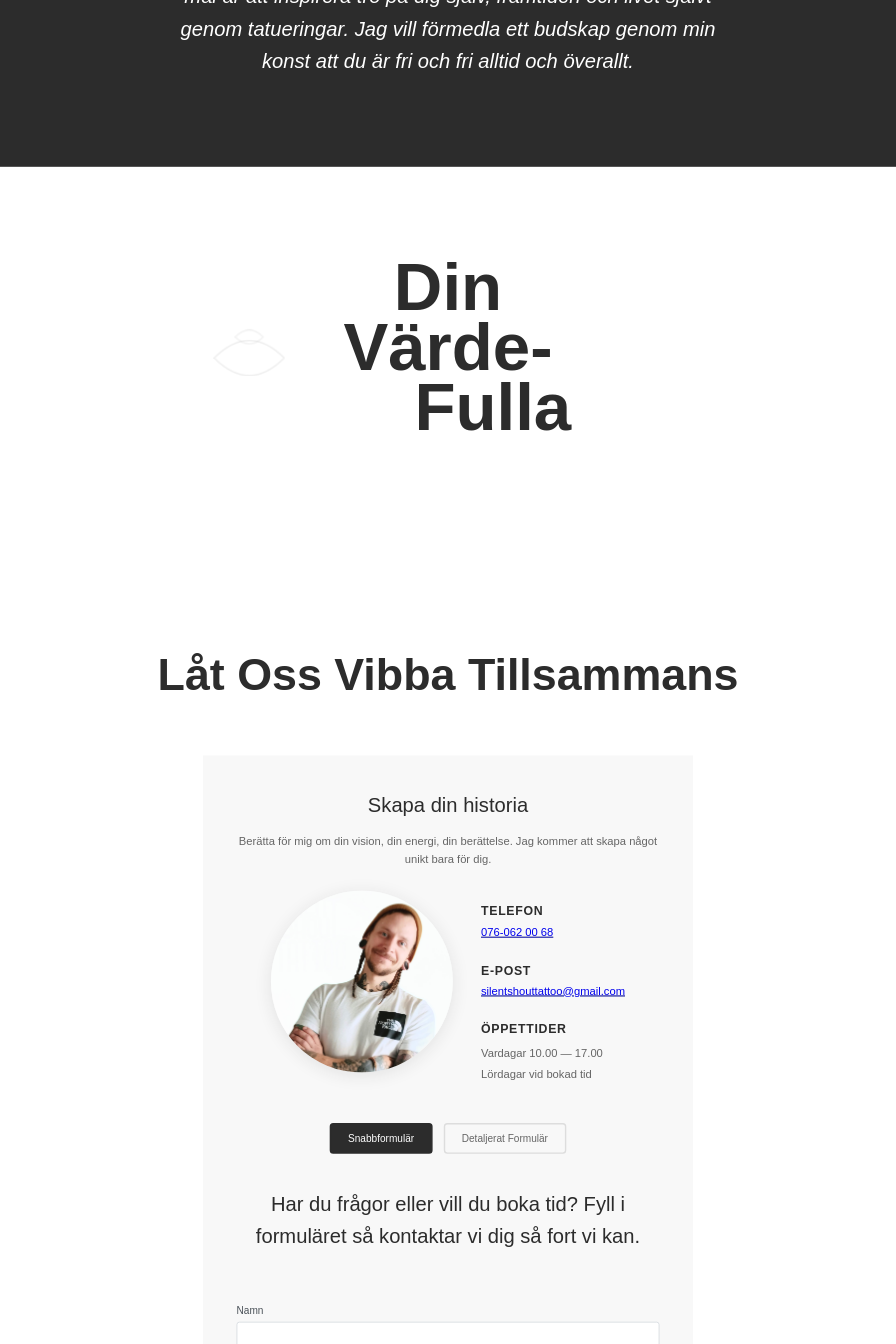
Repository: public-websites/silentshouttattoose
Page: index.html
The author's editor kept a copy of each file at every save. The page is drawn from the files as they stood at one save, then again after the next save.
The browser window is 1280 px wide. The pictures show the part of the page from y = 2055 to 3975 px (the page is 6166 px tall), at 70% of full size.

Above is the page before, as saved 2025-06-26 09:29:34.

### index.html
<!DOCTYPE html>
<html lang="sv">
<head>
    <meta charset="UTF-8">
    <meta name="viewport" content="width=device-width, initial-scale=1.0">
    <title>Silent Shout - Den omtänksamma studion</title>
    <link rel="stylesheet" href="styles.css">
</head>
<body>
    <header class="social-header">
        <div class="container">
            <div class="social-icons">
                <a href="https://instagram.com" target="_blank" class="social-icon" aria-label="Instagram">
                    <svg viewBox="0 0 24 24" fill="currentColor">
                        <path d="M12 2.163c3.204 0 3.584.012 4.85.07 3.252.148 4.771 1.691 4.919 4.919.058 1.265.069 1.645.069 4.849 0 3.205-.012 3.584-.069 4.849-.149 3.225-1.664 4.771-4.919 4.919-1.266.058-1.644.07-4.85.07-3.204 0-3.584-.012-4.849-.07-3.26-.149-4.771-1.699-4.919-4.92-.058-1.265-.07-1.644-.07-4.849 0-3.204.013-3.583.07-4.849.149-3.227 1.664-4.771 4.919-4.919 1.266-.057 1.645-.069 4.849-.069zm0-2.163c-3.259 0-3.667.014-4.947.072-4.358.2-6.78 2.618-6.98 6.98-.059 1.281-.073 1.689-.073 4.948 0 3.259.014 3.668.072 4.948.2 4.358 2.618 6.78 6.98 6.98 1.281.058 1.689.072 4.948.072 3.259 0 3.668-.014 4.948-.072 4.354-.2 6.782-2.618 6.979-6.98.059-1.28.073-1.689.073-4.948 0-3.259-.014-3.667-.072-4.947-.196-4.354-2.617-6.78-6.979-6.98-1.281-.059-1.69-.073-4.949-.073zm0 5.838c-3.403 0-6.162 2.759-6.162 6.162s2.759 6.163 6.162 6.163 6.162-2.759 6.162-6.163c0-3.403-2.759-6.162-6.162-6.162zm0 10.162c-2.209 0-4-1.79-4-4 0-2.209 1.791-4 4-4s4 1.791 4 4c0 2.21-1.791 4-4 4zm6.406-11.845c-.796 0-1.441.645-1.441 1.44s.645 1.44 1.441 1.44c.795 0 1.439-.645 1.439-1.44s-.644-1.44-1.439-1.44z"/>
                    </svg>
                </a>
                <a href="https://facebook.com" target="_blank" class="social-icon" aria-label="Facebook">
                    <svg viewBox="0 0 24 24" fill="currentColor">
                        <path d="M24 12.073c0-6.627-5.373-12-12-12s-12 5.373-12 12c0 5.99 4.388 10.954 10.125 11.854v-8.385H7.078v-3.47h3.047V9.43c0-3.007 1.792-4.669 4.533-4.669 1.312 0 2.686.235 2.686.235v2.953H15.83c-1.491 0-1.956.925-1.956 1.874v2.25h3.328l-.532 3.47h-2.796v8.385C19.612 23.027 24 18.062 24 12.073z"/>
                    </svg>
                </a>
                <a href="mailto:info@inksoul.se" class="social-icon" aria-label="Email">
                    <svg viewBox="0 0 24 24" fill="currentColor">
                        <path d="M20 4H4c-1.1 0-1.99.9-1.99 2L2 18c0 1.1.9 2 2 2h16c1.1 0 2-.9 2-2V6c0-1.1-.9-2-2-2zm0 4l-8 5-8-5V6l8 5 8-5v2z"/>
                    </svg>
                </a>
            </div>
        </div>
    </header>

    <section class="hero">
        <div class="container">
            <div class="hero-text">
                <p class="hero-quote">Jag känner din energi och överför den till den dyraste duken i världen –</p>
                <h1 class="studio-name">Silent<br>Shout</h1>
                <p class="studio-tagline">Tatueringsartist & konstnär</p>
                <p class="location">Baserad i Alingsås</p>
                <a href="#booking" class="cta-button">Skicka förfrågan</a>
            </div>
        </div>
    </section>

    <section class="story-section">
        <div class="container">
            <div class="story-content fade-in">
                <p class="story-text">
                    Jag älskar att arbeta med människor och skapa något från noll som kommer att finnas kvar för alltid på den mänskliga kroppen.
                    Jag gör freehand och freestyle-tatueringar – det handlar om frihet och känsla.
                </p>
                <p class="story-text">
                    Alla har sin egen speciella energi som jag läser under våra första 15 minuter när vi träffas:
                    Hur du ler, hur du pratar, hur du känner dig. Då kommer en bild i mitt huvud där jag redan kan se den framtida designen för ditt projekt.
                </p>
                <p class="story-highlight">
                    Processen för mig är alltid som om vi dansar och känner varandra, och då kommer något unikt för dig och för mig.
                </p>
            </div>
        </div>
    </section>

    <section class="large-text-section">
        <div class="container">
            <h2 class="large-text split fade-in">
                Känsligt
                <span>Käns-</span>
                <span>Ligt</span>
            </h2>
        </div>

        <!-- Animated GIF Element -->
        <div class="animated-gif">
            <img src="https://media2.giphy.com/media/v1.Y2lkPTc5MGI3NjExbzJpbTR2cWllN2oxamhwMTZ6MjFmYzZ1czZ1b2Y0cXg3MmRrZDRkbiZlcD12MV9pbnRlcm5hbF9naWZfYnlfaWQmY3Q9Zw/3ohs7UJi7uqAcquQoM/giphy.gif" alt="Animated line drawing" />
        </div>
    </section>

    <section class="philosophy-section">
        <div class="container">
            <p class="philosophy-text fade-in">
                Förtroende för artisten börjar med förtroende för världen. Mitt mål är att inspirera tro på dig själv,
                framtiden och livet självt genom tatueringar. Jag vill förmedla ett budskap genom min konst att du är fri och fri alltid och överallt.
            </p>
        </div>
    </section>

    <section class="large-text-section">
        <div class="container">
            <h2 class="large-text split fade-in">
                Din
                <span>Värde-</span>
                <span>Fulla</span>
            </h2>
        </div>

        <!-- Animated SVG Drawing Element -->
        <div class="animated-drawing">
            <svg viewBox="0 0 200 200" xmlns="http://www.w3.org/2000/svg">
                <path d="M50,100 Q100,50 150,100 Q100,150 50,100" />
                <path d="M80,70 Q100,90 120,70 Q100,50 80,70" />
                <path d="M80,130 Q100,110 120,130 Q100,150 80,130" />
                <path d="M100,80 L100,120 M80,100 L120,100" />
            </svg>
        </div>
    </section>

    <section class="booking-section" id="booking">
        <div class="container">
            <h2 class="booking-title fade-in">Låt oss vibba tillsammans</h2>
            <div class="form-container fade-in">
                <div class="form-intro">
                    <h3>Skapa din historia</h3>
                    <p>Berätta för mig om din vision, din energi, din berättelse. Jag kommer att skapa något unikt bara för dig.</p>
                </div>

                <!-- Profil och kontaktinfo sida vid sida -->
                <div class="profile-contact-row">
                    <div class="profile-image-wrapper">
                        <img src="profile.jpg" alt="Silent Shout Tattoo Artist" class="profile-image">
                    </div>
                    <div class="profile-contact-info">
                        <div class="contact-info-section">
                            <h4>Telefon</h4>
                            <p><a href="tel:0760620068">076-062 00 68</a></p>
                        </div>
                        <div class="contact-info-section">
                            <h4>E-post</h4>
                            <p><a href="mailto:silentshouttattoo@gmail.com">silentshouttattoo@gmail.com</a></p>
                        </div>
                        <div class="opening-hours">
                            <h4>Öppettider</h4>
                            <p>Vardagar 10.00 — 17.00</p>
                            <p>Lördagar vid bokad tid</p>
                        </div>
                    </div>
                </div>

                <!-- Form Toggle Buttons -->
                <div class="form-toggle">
                    <button class="toggle-btn active" data-form="custom">Snabbformulär</button>
                    <button class="toggle-btn" data-form="google">Detaljerat Formulär</button>
                </div>

                <!-- Custom Form -->
                <form class="custom-form" id="contactForm">
                    <div class="form-intro">
                        <h3>Har du frågor eller vill du boka tid? Fyll i formuläret så kontaktar vi dig så fort vi kan.</h3>
                    </div>

                    <div class="form-fields">
                        <div class="form-row">
                            <div class="form-group">
                                <label for="name">Namn</label>
                                <input type="text" id="name" name="name" required>
                            </div>

                            <div class="form-group">
                                <label for="email">E-post</label>
                                <input type="email" id="email" name="email" required>
                            </div>
                        </div>

                        <div class="form-row">
                            <div class="form-group">
                                <label for="phone">Telefon</label>
                                <input type="tel" id="phone" name="phone">
                            </div>

                            <div class="form-group">
                                <label for="message">Meddelande</label>
                                <textarea id="message" name="message" rows="4"></textarea>
                            </div>
                        </div>

                        <div class="checkbox-group">
                            <input type="checkbox" id="privacy" name="privacy" required>
                            <label for="privacy">
                                Jag accepterar <a href="#" target="_blank">Hantering av personuppgifter</a>
                            </label>
                        </div>

                        <button type="submit" class="submit-button">SKICKA</button>
                    </div>
                </form>

                <!-- Google Forms Container -->
                <div class="google-form-container" style="display: none;">
                    <div class="form-loading" id="formLoading">
                        <div class="spinner"></div>
                        <p>laddar formulär...</p>
                    </div>

                    <iframe
                        src="https://docs.google.com/forms/d/e/1FAIpQLSe5F3VtygnRylmXwHNeTswBMIdDoRpoEf7FgPYu2_uIHeA4zQ/viewform?embedded=true&vc=0&c=0&w=1&flr=0"
                        frameborder="0"
                        marginheight="0"
                        marginwidth="0"
                        onload="hideLoading()"
                        style="display: none;"
                        id="bookingForm">
                        Laddar...
                    </iframe>
                </div>
            </div>
        </div>
    </section>

    <section class="stories-section">
        <div class="container">
            <h2 class="stories-title fade-in">Sagt om Kjell</h2>

            <div class="story-card fade-in">
                <p>
                    💚"Nostalgifestivalen 2025 och där står Kjell med ett antal motiv. Hittar ett underbart motiv men är känd för att behöva flera år för att bestämma mig. Plötsligt händer det, jag gör min tatuering!
Härlig person är han, Kjell. Tusen tack för ett fint samtal under resans gång och inte minst för en fantastiskt fin tatuering. Är så nöjd!"💚
                </p>
            </div>

            <div class="story-card fade-in">
                <p>
                    💚"Kjell är en fantastiskt duktig, trevlig och professionell tatuerare. Hans kärlek till denna konstform lyser verkligen igenom.
Alltid mycket god stämning i studion, trevlig att prata med, tar väl hand om sina kunder och lyssnar och löser önskemål enkelt.
Duktig på customs och har mängder av fina flashmotiv.

Kan rekommendera alla ett besök hos Kjell, vare sig en vill ha något stort eller litet, avancerat eller enkelt."💚
                </p>
            </div>
        </div>
    </section>

    <footer class="social-footer">
        <div class="container">
            <h2 class="contact-title">Kontakt</h2>
            <div class="contact-info">
                <p><a href="mailto:silentshouttattoo@gmail.com">silentshouttattoo@gmail.com</a></p>
                <p><a href="tel:0760620068">076-062 00 68</a></p>
                <p>Norra Strömgatan 13A, Alingsås</p>
                <br>
                <p style="padding-bottom: 1.5em;"><a href="https://instagram.com" target="_blank">Följ uppdateringar på Instagram för gästplatser</a></p>
            </div>
            <div class="social-icons">
                <a href="https://instagram.com" target="_blank" class="social-icon" aria-label="Instagram">
                    <svg viewBox="0 0 24 24" fill="currentColor">
                        <path d="M12 2.163c3.204 0 3.584.012 4.85.07 3.252.148 4.771 1.691 4.919 4.919.058 1.265.069 1.645.069 4.849 0 3.205-.012 3.584-.069 4.849-.149 3.225-1.664 4.771-4.919 4.919-1.266.058-1.644.07-4.85.07-3.204 0-3.584-.012-4.849-.07-3.26-.149-4.771-1.699-4.919-4.92-.058-1.265-.07-1.644-.07-4.849 0-3.204.013-3.583.07-4.849.149-3.227 1.664-4.771 4.919-4.919 1.266-.057 1.645-.069 4.849-.069zm0-2.163c-3.259 0-3.667.014-4.947.072-4.358.2-6.78 2.618-6.98 6.98-.059 1.281-.073 1.689-.073 4.948 0 3.259.014 3.668.072 4.948.2 4.358 2.618 6.78 6.98 6.98 1.281.058 1.689.072 4.948.072 3.259 0 3.668-.014 4.948-.072 4.354-.2 6.782-2.618 6.979-6.98.059-1.28.073-1.689.073-4.948 0-3.259-.014-3.667-.072-4.947-.196-4.354-2.617-6.78-6.979-6.98-1.281-.059-1.69-.073-4.949-.073zm0 5.838c-3.403 0-6.162 2.759-6.162 6.162s2.759 6.163 6.162 6.163 6.162-2.759 6.162-6.163c0-3.403-2.759-6.162-6.162-6.162zm0 10.162c-2.209 0-4-1.79-4-4 0-2.209 1.791-4 4-4s4 1.791 4 4c0 2.21-1.791 4-4 4zm6.406-11.845c-.796 0-1.441.645-1.441 1.44s.645 1.44 1.441 1.44c.795 0 1.439-.645 1.439-1.44s-.644-1.44-1.439-1.44z"/>
                    </svg>
                </a>
                <a href="https://facebook.com" target="_blank" class="social-icon" aria-label="Facebook">
                    <svg viewBox="0 0 24 24" fill="currentColor">
                        <path d="M24 12.073c0-6.627-5.373-12-12-12s-12 5.373-12 12c0 5.99 4.388 10.954 10.125 11.854v-8.385H7.078v-3.47h3.047V9.43c0-3.007 1.792-4.669 4.533-4.669 1.312 0 2.686.235 2.686.235v2.953H15.83c-1.491 0-1.956.925-1.956 1.874v2.25h3.328l-.532 3.47h-2.796v8.385C19.612 23.027 24 18.062 24 12.073z"/>
                    </svg>
                </a>
                <a href="mailto:info@inksoul.se" class="social-icon" aria-label="Email">
                    <svg viewBox="0 0 24 24" fill="currentColor">
                        <path d="M20 4H4c-1.1 0-1.99.9-1.99 2L2 18c0 1.1.9 2 2 2h16c1.1 0 2-.9 2-2V6c0-1.1-.9-2-2-2zm0 4l-8 5-8-5V6l8 5 8-5v2z"/>
                    </svg>
                </a>
            </div>
        </div>
    </footer>

    <script src="script.js"></script>
</body>
</html>

Loaded but not shown: script.js (92 lines, source omitted); styles.css (845 lines, source omitted)

After the next save:
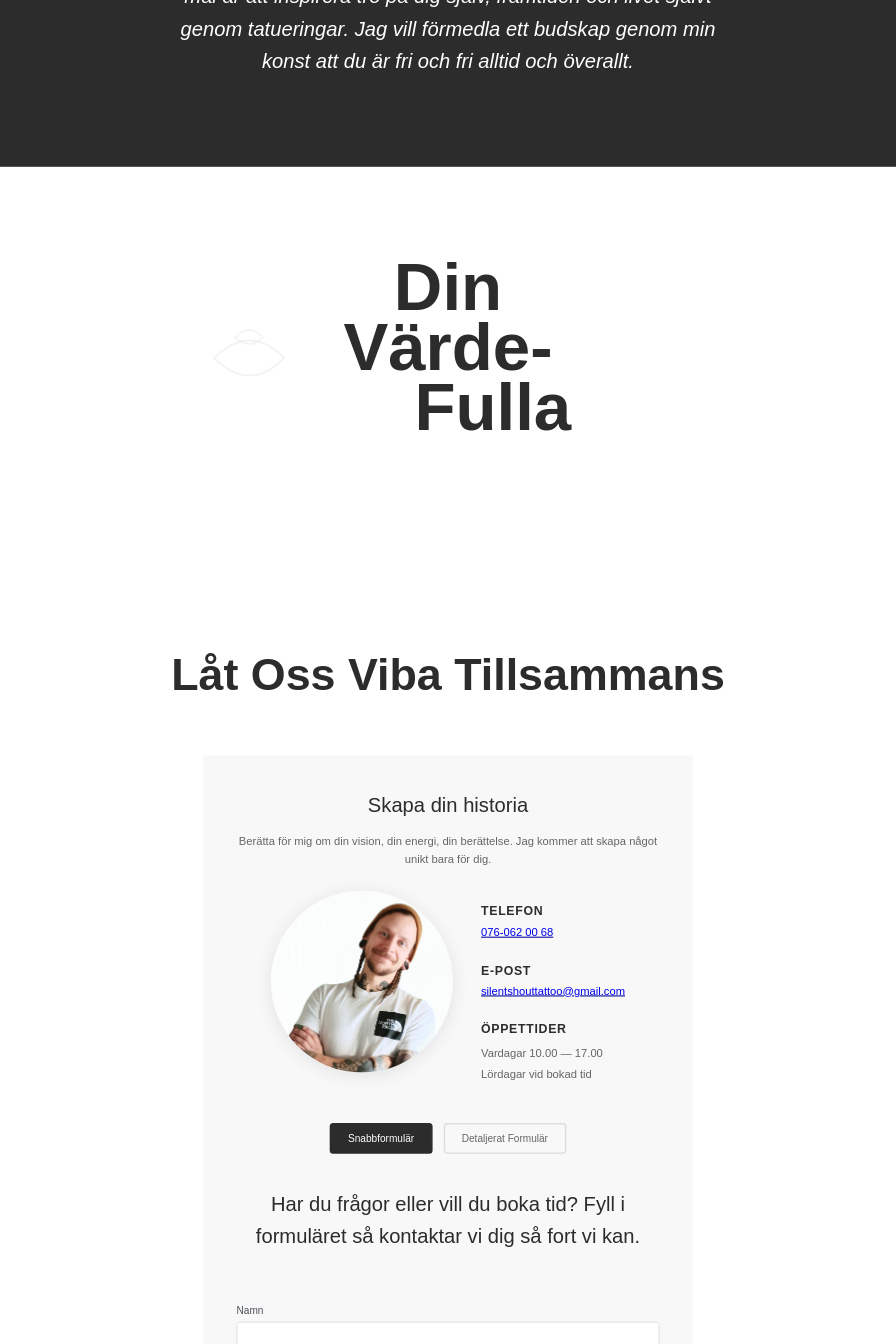
Saved 111 s later.
--- a/index.html
+++ b/index.html
@@ -105,7 +105,7 @@
 
     <section class="booking-section" id="booking">
         <div class="container">
-            <h2 class="booking-title fade-in">Låt oss vibba tillsammans</h2>
+            <h2 class="booking-title fade-in">Låt oss viba tillsammans</h2>
             <div class="form-container fade-in">
                 <div class="form-intro">
                     <h3>Skapa din historia</h3>
